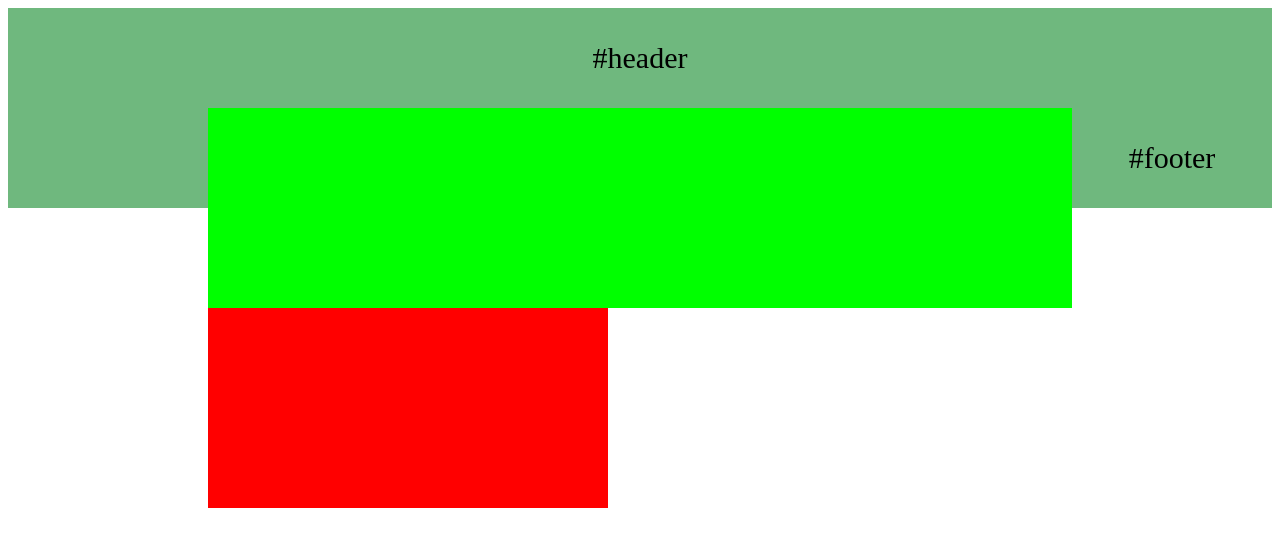
Repository: LstHeart/html-learning
Page: css/圣杯布局.html
These files come from the project's save history. The page is drawn as it stood at one moment and after the next save; the edit follows.
The browser window is 1280 px wide. The pictures show the whole page.

Above is the page before, as saved 2021-01-06 21:52:14.

### css/圣杯布局.html
<!DOCTYPE html>
<html lang="en">
<head>
    <meta charset="UTF-8">
    <meta name="viewport" content="width=device-width, initial-scale=1.0">
    <title>圣杯布局</title>
    <link rel="stylesheet" href="圣杯布局.css">
</head>
<body>
    <!-- 一个网页通常由上中下三部分组成 -->
    <!-- 1.header头部 -->
    <div class="header">#header</div>
    <!-- 2.主题内容区content -->
    <div class="container">
        <div class="column center"></div>
        <div class="column left"></div>
        <div class="column left"></div>
    </div>
    <!-- 3.尾部footer -->
    <div class="footer">#footer</div>

</body>
</html>

### css/圣杯布局.css
/* 头部和尾部 */
.header,.footer{
    width: 100%;
    height: 100px;
    background-color: rgb(111, 184, 126);
    text-align: center;
    font-size: 30px;
    /* vertical-align: middle; */
    line-height: 100px;
}
/* 主体 */
.container{
    padding: 0 200px;
}
.column{
    float: left;
    height: 200px;
}
.left{
    width: 200px;
    background-color: #ff0000;
}
.center{
    width: 100%;
    background-color: #00ff00;
}
.right{
    width: 200px;
    background-color: #00ffff;
}

After the next save:
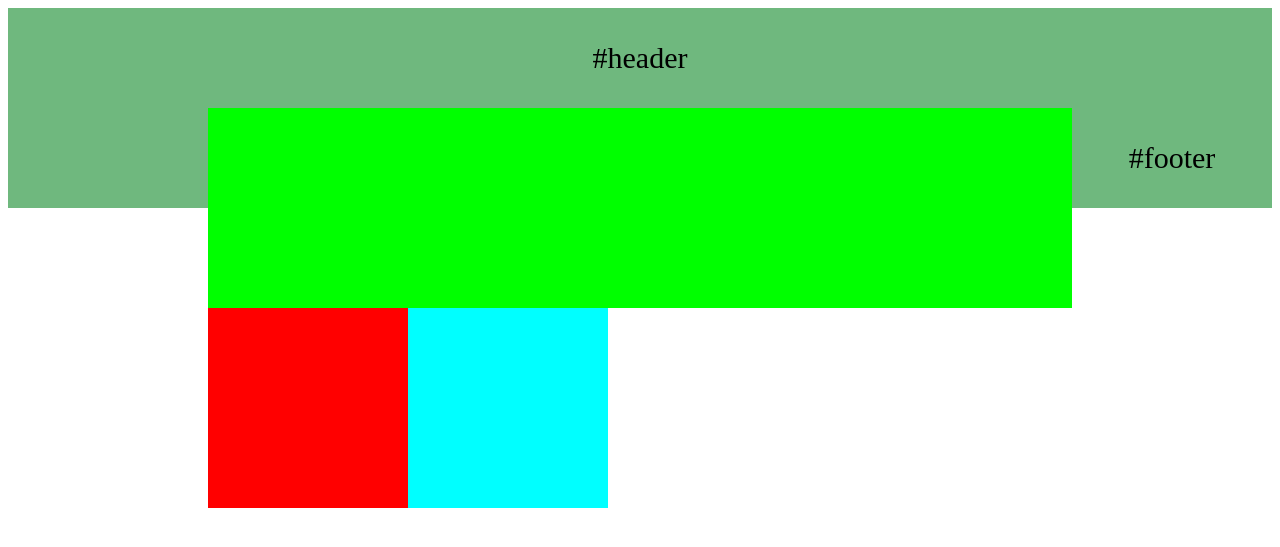
Saved 8 s later.
--- a/css/圣杯布局.html
+++ b/css/圣杯布局.html
@@ -14,7 +14,7 @@
     <div class="container">
         <div class="column center"></div>
         <div class="column left"></div>
-        <div class="column left"></div>
+        <div class="column right"></div>
     </div>
     <!-- 3.尾部footer -->
     <div class="footer">#footer</div>
